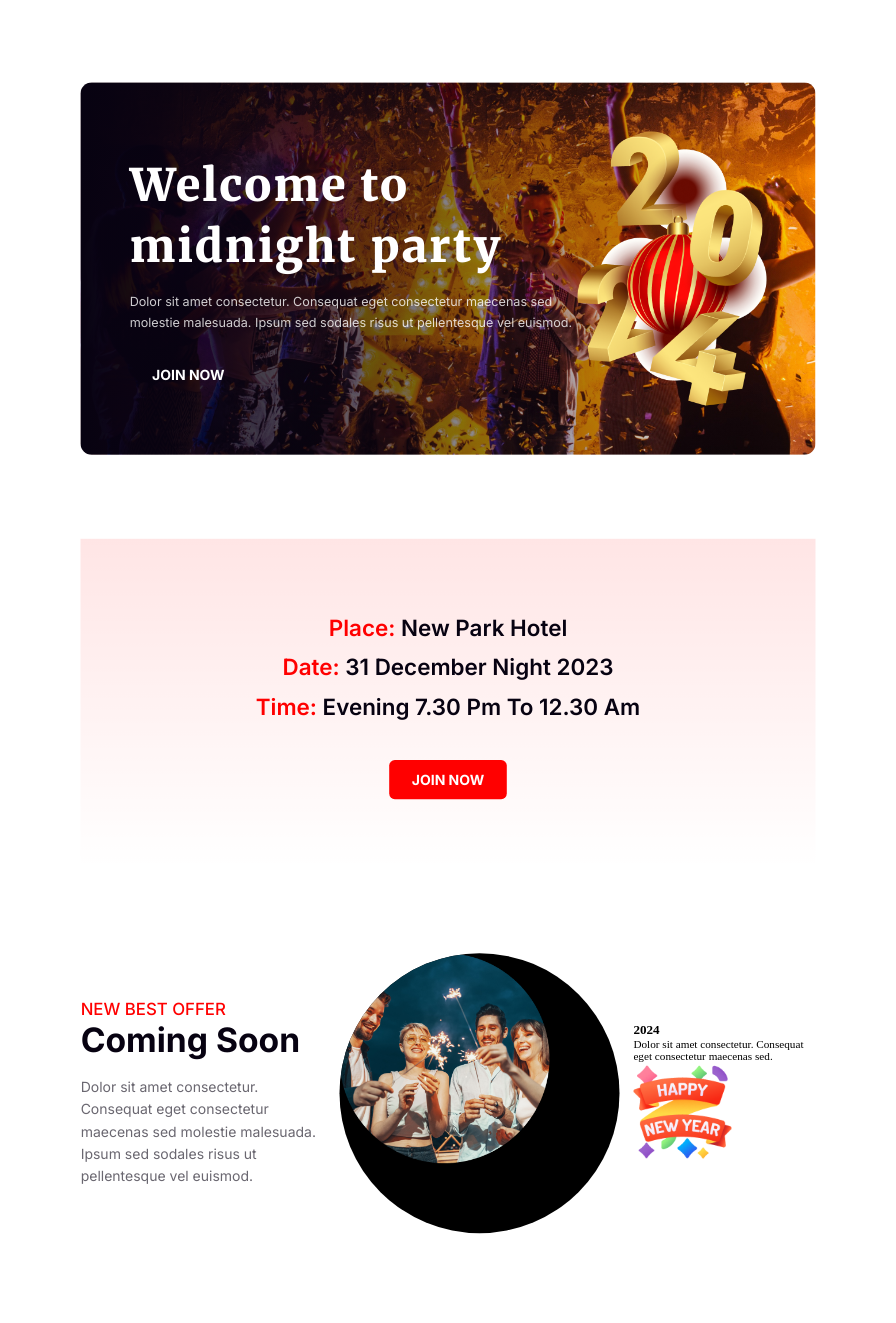
Repository: rahmatahmedrifat/First-Assignment
Page: index.html
These files come from the project's save history. The page is drawn as it stood at one moment and after the next save; the edit follows.
The browser window is 1280 px wide. The pictures show the part of the page from y = 1544 to 3464 px (the page is 3434 px tall before and 3464 px after), at 70% of full size.

Above is the page before, as saved 2024-01-08 16:26:22.

### index.html
<!DOCTYPE html>
<html lang="en">
<head>
    <meta charset="UTF-8">
    <meta name="viewport" content="width=device-width, initial-scale=1.0">
    <!-- Title  -->
    <title>New Year 2024</title>
    <!-- favicon icon linked -->
    <link rel="shortcut icon" href="images/New Year Photo.png" type="image/x-icon">
    <!-- style css linked-->
    <link rel="stylesheet" href="Style/style.css">
</head>
<body>
    <!-- header part  -->
    <header>
        <!-- banner section part -->
        <section id="banner">
            <div class="container">
                <div class="banner-container">
                    <div class="banner-content">
                        <h3 class="celebration">Happy New Year</h3>
                        <h2 class="banner-title">New Year Party Celebration</h2>
                    </div>
                </div>
            </div>
        </section>
    </header>
    <!-- main part -->
    <main>
        <!-- categories section part  -->
            <section id="categories">
                <div class="container">
                    <div class="categories-container">
                        <h2 class="categories-discount">65% OFF</h2>
                        <p class="primary-summery">OUR HOLIDAY DEALS ARE BETTER</p>
                        <h3 class="categories-title">ALL CATEGORIES</h3>
                        <div class="categories-img">
                            <img id="new-year-img" src="images/New Year Photo.png" alt="Happy New Year">
                        </div>
                    </div>
                </div>
            </section>

            <!-- party-banner section part -->
            <section id="party-banner">
                <div class="container">
                    <div class="party-container">
                        <div class="party-content">
                            <h2 class="party-title">Welcome to midnight party</h2>
                            <p class="party-description">Dolor sit amet consectetur. Consequat eget consectetur maecenas sed molestie malesuada. Ipsum sed sodales risus ut pellentesque vel euismod. </p>
                            <button id="join-now-btn">JOIN NOW</button>
                        </div>
                        <img class="party-img" src="images/icon/Group 70.png" alt="party-img">
                    </div>
                </div>
            </section>
            <!-- Announce section part -->
            <section id="announce">
                <div class="container">
                    <div class="announce-content">
                        <h4 class="announce-title"><span class="title-color">Place:</span> New Park Hotel</h4>
                        <h4 class="announce-title"><span class="title-color">Date:</span> 31 December Night 2023</h4>
                        <h4 class="announce-title"><span class="title-color">Time:</span> Evening 7.30 pm to 12.30 am</h4>
                        <button class="announce-btn">Join Now</button>
                    </div>
                </div>
            </section>
            <!-- best offer section part -->
            <section id="best-offer">
                <div class="container">
                    <div class="best-offer-container">
                        <div class="best-offer-content">
                            <p class="primary-summery">NEW BEST OFFER</p>
                            <h3 class="best-offer-title">Coming Soon</h3>
                            <p class="best-offer-description">Dolor sit amet consectetur. Consequat eget consectetur maecenas sed molestie malesuada. Ipsum sed sodales risus ut pellentesque vel euismod. </p>
                        </div>
                        <div class="best-offer-img-content">

                                <img class="best-offer-img" src="images/Ellipse 1.png" alt="best-offer-images">

                        </div>
                        <div class="best-offer-year-content">
                            <h3 class="best-offer-year">2024</h3>
                            <p class="best-offer-escription">Dolor sit amet consectetur. Consequat eget consectetur maecenas sed.</p>
                            <img class="best-offer-year-img" src="images/icon/Group 96.png" alt="best-offer-year-img">
                        </div>
                    </div>
                </div>
            </section>
    </main>
    <!--  footer part -->
    <footer></footer>
</body>
</html>

### Style/style.css
/* import google fonts */
@import url('https://fonts.googleapis.com/css2?family=Inter:wght@100;200;300;400;500;600;700;800;900&family=Merriweather:ital,wght@0,300;0,400;0,700;0,900;1,300;1,400;1,700;1,900&display=swap');

*{
    margin: 0;
    padding: 0;
    outline: 0;
}

.container{
    width: 82%;
    margin: 0 auto;
}
/* primary content */
.primary-summery{
    font-family: Inter;
    font-size: 24px;
    font-style: normal;
    font-weight: 500;
    color: #F00;
    line-height: normal;
}
/* banner section related css style */
#banner{
    margin-top: 30px;
}
.banner-container{
    background-image: linear-gradient(180deg, #070211 0%, rgba(7, 2, 17, 0.00) 100%), url(../images/Banner\ Image.png);
    background-size: cover;
    background-repeat: no-repeat;
    background-position: center;
    border-radius: 16px;
    padding: 177px 0px;
}
.banner-container .banner-content{
    width: 632px;
    margin: 0 auto;
}
.banner-container .banner-content .celebration{
    color: #FFF;
    text-align: center;
    font-family: Merriweather;
    font-size: 32px;
    font-style: normal;
    font-weight: 400;
    line-height: normal;
    margin-bottom: 16px;
    z-index: 99;
}
.banner-container .banner-content .banner-title{
    color: #FFF;
    text-align: center;
    font-family: Merriweather;
    font-size: 72px;
    font-style: normal;
    font-weight: 900;
    line-height: 95px;
}
/* categories section related css style */

#categories{
    margin: 120px 0px;
}
.categories-container{
    text-align: center;
}
.categories-container .categories-discount{
    font-family: Inter;
    font-size: 88px;
    font-style: normal;
    font-weight: 700;
    color: #F00;
    line-height: normal;
    margin-bottom: 48px;
}

.categories-title{
    font-family: Inter;
    font-size: 48px;
    font-style: normal;
    font-weight: 700;
    color: #070211;
    line-height: normal;
    margin-bottom: 48px;
}
.categories-container .categories-img{
    width: 800px;
    margin: 0 auto;
}
.categories-img #new-year-img{
    max-width: 100%;
}

/* party-banner section css style  */
#party-banner{

}
.party-container{
    background-image: linear-gradient(90deg, #070211 0%, rgba(7, 2, 17, 0.00) 100%), url(../images/Vectorrr.png);
    background-position: center;
    background-repeat: no-repeat;
    background-size: cover;
    display: flex;
    align-items: center;
    justify-content: space-between;
    border-radius: 16px;
    padding: 70px 70px;
}
.party-container .party-content{
    width: 900px;
}
.party-content .party-title{
    font-family: Merriweather;
    font-size: 64px;
    font-style: normal;
    font-weight: 900;
    color: #FFF;
    line-height: 88px;
    letter-spacing: 3px;
}
.party-content .party-description{
    font-family: Inter;
    font-size: 18px;
    font-style: normal;
    font-weight: 400;
    color: rgba(255, 255, 255, 0.80);
    line-height: 30px;
    margin-top: 20px;
}
#join-now-btn{
    font-family: Inter;
    font-size: 20px;
    font-style: normal;
    font-weight: 700;
    color: #FFF;
    background: transparent;
    line-height: normal;
    text-transform: uppercase;
    border: none;
    cursor: pointer;
    margin-top: 48px;
    margin-left: 32px;
}
.party-container .party-img{
    width: 270px;
    max-width: 100%;
}

/* Announce section css style */

#announce{
    margin: 120px 0px;
}
.announce-content{
    background: linear-gradient(180deg, rgba(255, 0, 0, 0.10) 0%, rgba(255, 0, 0, 0.00) 100%);
    padding: 100px 0;
    text-align: center;
}
.announce-content .announce-title{
    color: #070211;
    font-family: Inter;
    font-size: 32px;
    font-style: normal;
    font-weight: 600;
    line-height: 56px;
    text-transform: capitalize;
}
.announce-content .announce-title .title-color{
    color: #F00;
}
.announce-btn{
    font-family: Inter;
    font-size: 20px;
    font-style: normal;
    font-weight: 700;
    line-height: normal;
    color: #FFF;
    text-align: center;
    text-transform: uppercase;
    border-radius: 8px;
    background: #F00;
    padding: 16px 32px;
    border: none;
    cursor: pointer;
    transition: all ease 0.5s;
    margin-top: 48px;
}
.announce-btn:hover{
    background: #fff;
    color: #f00;
    outline: 1px solid #F00;
}
/* best-offer section style css */
#best-offer{
    margin-bottom: 128px;
}
.best-offer-title{
    font-family: Inter;
    font-size: 48px;
    font-style: normal;
    font-weight: 700;
    color: #070211;
    line-height: normal;
}
.best-offer-description{
    font-family: Inter;
    font-size: 20px;
    font-style: normal;
    font-weight: 400;
    color: rgba(7, 2, 17, 0.60);
    line-height: 32px;
    margin-top: 22px;
}
.best-offer-container{
    display: flex;
    align-items: center;
    gap: 20px;
}
.best-offer-content{
    width: 600px;
}
.best-offer-img-content{
    min-height: 400px;
    min-width: 400px;
    background-color: #000;
    border-radius: 50%;
    position: relative;
    overflow: hidden;
}
.best-offer-img-content .best-offer-img{
    width: 300px;
}
.best-offer-year{
    width: ;
}

After the next save:
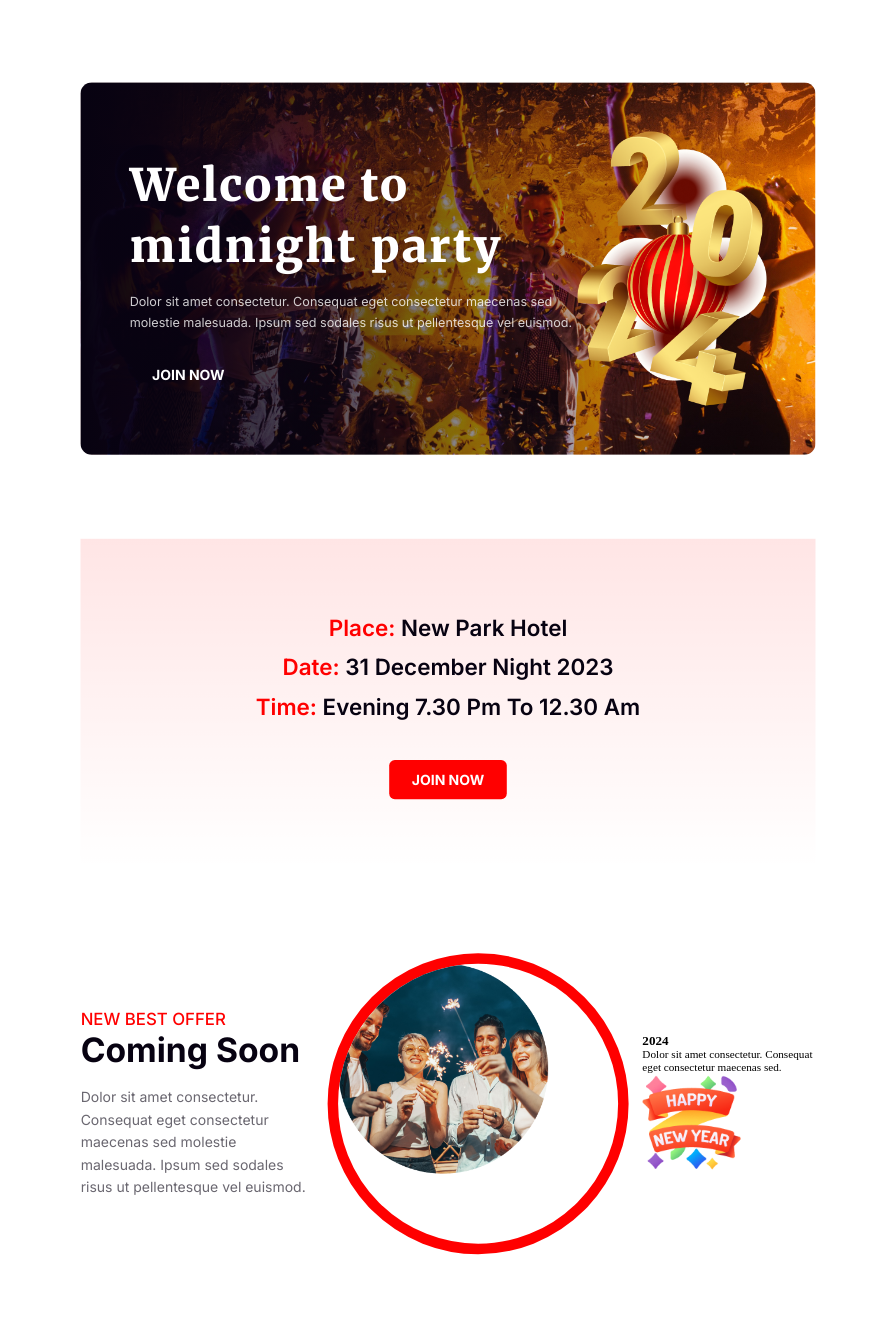
Saved 54 s later.
--- a/Style/style.css
+++ b/Style/style.css
@@ -222,7 +222,7 @@
 .best-offer-img-content{
     min-height: 400px;
     min-width: 400px;
-    background-color: #000;
+    border: 15px solid #f00;
     border-radius: 50%;
     position: relative;
     overflow: hidden;
